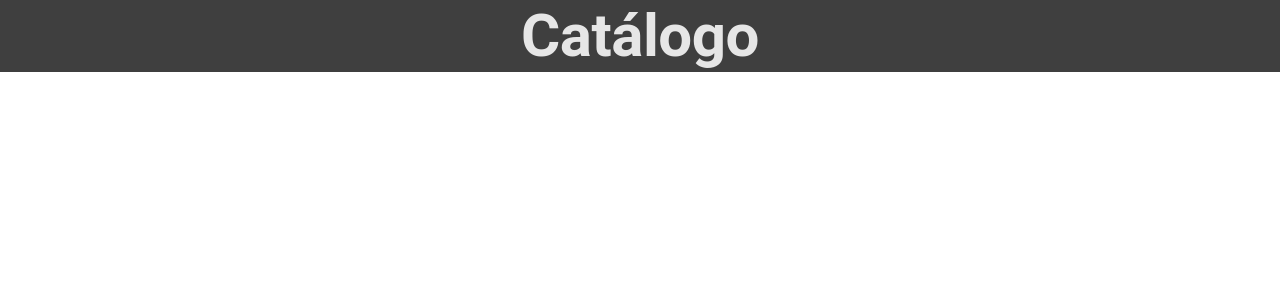
Repository: lenx0/PokeWiki-Front
Page: /
The author's editor kept a copy of each file at every save. The page is drawn from the files as they stood at one save, then again after the next save.
The browser window is 1280 px wide. The pictures show the whole page.
The page's requests for data from a server got no answer. The project was rebuilt for these pictures with package versions that can differ from the ones it lists, and the page was loaded fresh each time. The framework's server and built-in components were replaced by stand-ins that run in the browser. No one was signed in, and anything a server would have sent is missing. Also part of the build but not shown: next.config.mjs, src/app/components/Skeleton/index.jsx.

Above is the page before, as saved 2024-02-14 22:09:45.

After the next save:
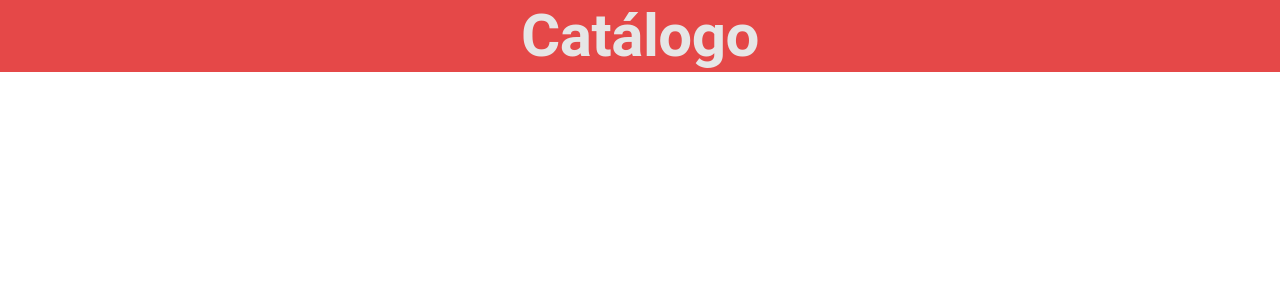
Saved 18 s later.
--- a/src/app/pages/PokemonList/page.jsx
+++ b/src/app/pages/PokemonList/page.jsx
@@ -7,7 +7,7 @@ export default function PokemonList() {
     <>
       <Grid
         item
-        backgroundColor="#161616d2"
+        backgroundColor="#e02121d2"
         textAlign="center"
       >
         <Typography variant="h2" fontWeight={700} color="#e6e6e6">
